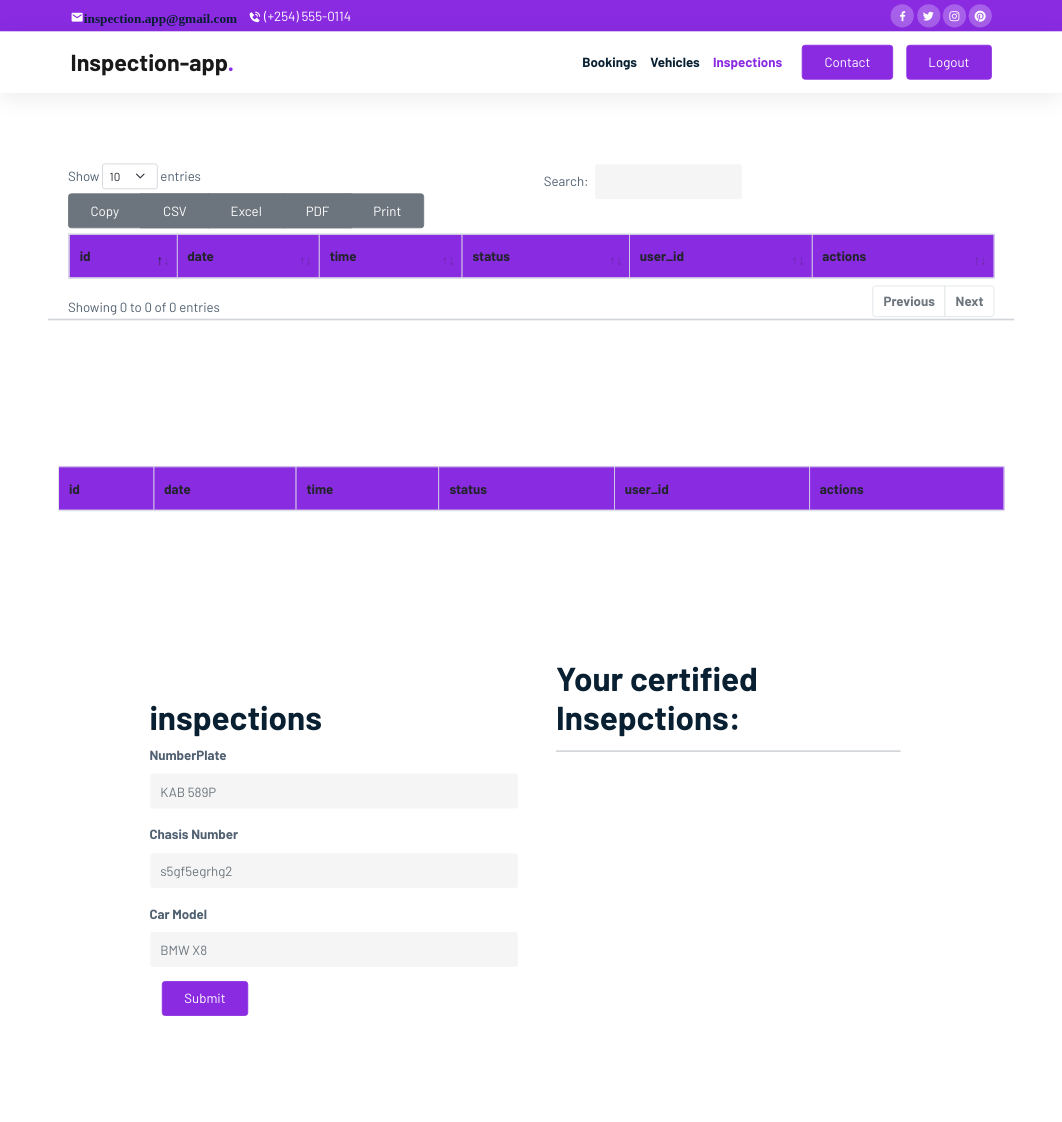
Repository: Jaynie8085/INSPECTION-APP
Page: client/admnDashboard.html
An editor plug-in stored every save of this project. The page is shown before and after the next save, followed by the edit.
The browser window is 1280 px wide. The pictures show the whole page, at 83% of full size.
The page's requests for data from a server got no answer.

Above is the page before, as saved 2022-10-17 06:20:59.
Console error: ReferenceError: fetchBookings is not defined

### client/admnDashboard.html
<!DOCTYPE html>
<html lang="en">

<head>
    <meta charset="UTF-8">
    <meta http-equiv="X-UA-Compatible" content="IE=edge">
    <meta name="viewport" content="width=device-width, initial-scale=1.0">
    <script src="/js/axios/dist/axios.min.js"></script>
    <script src="main.js"></script>
    <!-- Bootstrap CSS -->
    <link rel="stylesheet" href="css/bootstrap.min.css">
    <link rel="stylesheet" href="css/owl.carousel.min.css">
    <link rel="stylesheet" href="css/owl.theme.default.min.css">
    <link href='https://unpkg.com/boxicons@2.1.1/css/boxicons.min.css' rel='stylesheet'>
    <link rel="stylesheet" href="https://stackpath.bootstrapcdn.com/bootstrap/4.1.3/css/bootstrap.min.css"
        integrity="sha384-MCw98/SFnGE8fJT3GXwEOngsV7Zt27NXFoaoApmYm81iuXoPkFOJwJ8ERdknLPMO" crossorigin="anonymous">
    <link rel="stylesheet" href="css/style.css">
    <link rel="stylesheet" href="assets/css/datatables.min.css">
    <!-- <link rel="stylesheet" href="assets/css/style.css"> -->
    <title>userDashboard</title>
</head>

<body>

    <body data-bs-spy="scroll" data-bs-target=".navbar" data-bs-offset="70">


        <!-- TOP NAV -->
        <div class="top-nav" id="home">
            <div class="container">
                <div class="row justify-content-between">
                    <div class="col-auto">
                        <p> <i class='bx bxs-envelope'><a href="admnDashboard.html">inspection.app@gmail.com</p></a></i>
                        <p> <i class='bx bxs-phone-call'></i> (+254) 555-0114</p>
                    </div>
                    <div class="col-auto social-icons">
                        <a href="#"><i class='bx bxl-facebook'></i></a>
                        <a href="#"><i class='bx bxl-twitter'></i></a>
                        <a href="#"><i class='bx bxl-instagram'></i></a>
                        <a href="#"><i class='bx bxl-pinterest'></i></a>
                    </div>
                </div>
            </div>
        </div>

        <!-- BOTTOM NAV -->
        <nav class="navbar navbar-expand-lg navbar-light bg-white sticky-top">
            <div class="container">
                <a class="navbar-brand" href="admnDashboard.html">Inspection-app<span class="dot">.</span></a>
                <button class="navbar-toggler" type="button" data-bs-toggle="collapse" data-bs-target="#navbarNav"
                    aria-controls="navbarNav" aria-expanded="false" aria-label="Toggle navigation">
                    <span class="navbar-toggler-icon"></span>
                </button>
                <div class="collapse navbar-collapse" id="navbarNav">
                    <ul class="navbar-nav ms-auto">
                        <li class="nav-item">
                            <a class="nav-link" href="#home">Bookings</a>
                        </li>
                        <li class="nav-item">
                            <a class="nav-link" href="#vehicles">Vehicles</a>
                        </li>
                        <li class="nav-item">
                            <a class="nav-link" href="#inspections">Inspections</a>
                        </li>
                        </li>
                    </ul>
                    <a href="#" data-bs-toggle="modal" data-bs-target="#exampleModal"
                        class="btn btn-brand ms-lg-3">Contact</a>
                    <!-- Logout -->
                    <a href="index.html" class="btn btn-brand ms-lg-3">Logout</a>
                </div>

            </div>
        </nav>
        <!-- Bookings -->
        <section id="profile">
            <div class="container">
                <div class="row justify-content-center">
                    <table id="example" class="table table-striped table-bordered">
                        <thead class="" style="background-color:rgb(137,43,225)">
                            <tr>
                                <th>id</th>
                                <th>date</th>
                                <th>time</th>
                                <th>status</th>
                                <th>user_id</th>
                                <th>actions</th>
                            </tr>
                        </thead>
                        <tbody editable="true" id="mwili">
                            <!-- Add tbody here | DOM Manupilation -->
                        </tbody>
                    </table>
                    <!-- <div id="data-table" class="col-lg-5">
                        <ul id="bookings-list">
                        </ul>
                    </div> -->
                    <hr>
                </div>
            </div>
        </section>

        <!-- vehicles -->
        <section id="vehicles">
            <div class="container">
                <div class="row justify-content-center">
                    <table id="example" class="table table-striped table-bordered">
                        <thead class="" style="background-color:rgb(137,43,225)">
                            <tr>
                                <th>id</th>
                                <th>date</th>
                                <th>time</th>
                                <th>status</th>
                                <th>user_id</th>
                                <th>actions</th>
                            </tr>
                        </thead>
                        <tbody editable="true" id="mwili">
                            <!-- Add tbody here | DOM Manupilation -->
                        </tbody>
                    </table>
                </div>
            </div>
            </div>
        </section>

        <!-- inspections -->
        <section id="inspections">
            <div class="container">
                <div class="row justify-content-center">
                    <div id="customer-frm" class="col-lg-5 py-5">
                        <form>
                            <h1>inspections</h1>
                            <!-- <p>Add a vehicle to your list</p> -->
                            <div class="form-group">
                                <label for="numberplate" class="form-label">NumberPlate</label>
                                <input type="text" class="form-control" placeholder="KAB 589P" id="numberplate"
                                    aria-describedby="emailHelp">
                            </div>
                            <div class="form-group">
                                <label for="chasisnumber" class="form-label">Chasis Number </label>
                                <input type="text" class="form-control" placeholder="s5gf5egrhg2" id="chasisnumber"
                                    aria-describedby="emailHelp">
                            </div>
                            <div class="form-group">
                                <label for="model" class="form-label">Car Model</label>
                                <input type="model" class="form-control" placeholder="BMW X8" id="model"
                                    aria-describedby="emailHelp">
                            </div>
                            <!-- <div class="col-12">
                        <label for="exampleInputEmail1" class="form-label">Enter General Description</label>
                        <textarea name="" placeholder="Type in your cars general description." class="form-contid=""  rows="4"></textarea>
                    </div> -->

                            <div class="col-12">
                                <button type="submit" class="btn btn-brand" onclick="vehicles();">Submit</button>
                            </div>
                        </form>
                    </div>
                    <div class="col-lg-5">
                        <div class="container center">
                            <h1>Your certified Insepctions:</h1>
                            <div>
                                <ul id="quote-list">
                                </ul>
                            </div>
                            <hr>
                        </div>
                    </div>
                </div>
            </div>
            </div>
        </section>

        <!-- Modal -->
        <div class="modal fade" id="exampleModal" tabindex="-1" aria-labelledby="exampleModalLabel" aria-hidden="true">
            <div class="modal-dialog modal-dialog-centered modal-xl">
                <div class="modal-content">
                    <div class="modal-body p-0">
                        <div class="container-fluid">
                            <div class="row gy-4">
                                <div class="col-lg-4 col-sm-12 bg-cover"
                                    style="background-image: url(img/isco.jpg); min-height:300px;">
                                    <div>

                                    </div>
                                </div>
                                <div class="col-lg-8">
                                    <form class="p-lg-5 col-12 row g-3">
                                        <div>
                                            <h1>Get in touch</h1>
                                            <p>Feel free to contact us and we will get back to you as soon as possible
                                            </p>
                                        </div>
                                        <div class="col-lg-6">
                                            <label for="userName" class="form-label">First name</label>
                                            <input type="text" class="form-control" placeholder="John" id="userName"
                                                aria-describedby="emailHelp">
                                        </div>
                                        <div class="col-lg-6">
                                            <label for="userName" class="form-label">Last name</label>
                                            <input type="text" class="form-control" placeholder="kamau" id="userName"
                                                aria-describedby="emailHelp">
                                        </div>
                                        <div class="col-12">
                                            <label for="userName" class="form-label">Email address</label>
                                            <input type="email" class="form-control" placeholder="Johnkamaa@gmail.com"
                                                id="userName" aria-describedby="emailHelp">
                                        </div>
                                        <div class="col-12">
                                            <label for="exampleInputEmail1" class="form-label">Enter Message</label>
                                            <textarea name=""
                                                placeholder="Yes,how can we help you,Type your message here."
                                                class="form-control" id="" rows="4"></textarea>
                                        </div>

                                        <div class="col-12">
                                            <button type="submit" class="btn btn-brand">Send Message</button>
                                        </div>
                                    </form>
                                </div>
                            </div>
                        </div>
                    </div>

                </div>
            </div>
        </div>


        <div class="modal fade" id="exampleModal" tabindex="-1" aria-labelledby="exampleModalLabel" aria-hidden="true">
            <div class="modal-dialog modal-dialog-centered modal-xl">
                <div class="modal-content">
                    <div class="modal-body p-0">
                        <div class="container-fluid">
                            <div class="row gy-4">
                                <div class="col-lg-4 col-sm-12 bg-cover"
                                    style="background-image: url(img/c2.jpg); min-height:300px;">
                                    <div>

                                    </div>
                                </div>
                                <div class="col-lg-8">
                                    <form class="p-lg-5 col-12 row g-3">
                                        <div>
                                            <h1>Get in touch with us</h1>
                                            <p>Feel free to contact us and we will get back to you as soon as possible
                                            </p>
                                        </div>
                                        <div class="col-lg-6">
                                            <label for="userName" class="form-label">First name</label>
                                            <input type="text" class="form-control" placeholder="John" id="userName"
                                                aria-describedby="emailHelp">
                                        </div>
                                        <div class="col-lg-6">
                                            <label for="userName" class="form-label">Last name</label>
                                            <input type="text" class="form-control" placeholder="kamau" id="userName"
                                                aria-describedby="emailHelp">
                                        </div>
                                        <div class="col-12">
                                            <label for="userName" class="form-label">Email address</label>
                                            <input type="email" class="form-control" placeholder="Johnkamaa@gmail.com"
                                                id="userName" aria-describedby="emailHelp">
                                        </div>
                                        <div class="col-12">
                                            <label for="exampleInputEmail1" class="form-label">Enter Message</label>
                                            <textarea name=""
                                                placeholder="Yes,how can we help you,Type your message here,,,"
                                                class="form-control" id="" rows="4"></textarea>
                                        </div>

                                        <div class="col-12">
                                            <button type="submit" class="btn btn-brand">Send Message</button>
                                        </div>
                                    </form>
                                </div>
                            </div>
                        </div>
                    </div>

                </div>
            </div>
        </div>

    <script src="assets/js/bootstrap.bundle.min.js"></script>
    <script src="assets/js/jquery-3.6.0.min.js"></script>
    <script src="assets/js/datatables.min.js"></script>
    <script src="assets/js/pdfmake.min.js"></script>
    <script src="assets/js/vfs_fonts.js"></script>
    <script src="assets/js/custom.js"></script>
        <script src="js/owl.carousel.min.js"></script>


        <script src="js/app.js"></script>
        <script src="index.js"></script>


    </body>

</html>

Loaded but not shown: client/js/axios/dist/axios.min.js (library); client/css/bootstrap.min.css (library); client/css/owl.carousel.min.css (library); client/css/owl.theme.default.min.css (common file); client/assets/css/datatables.min.css (library); client/assets/js/bootstrap.bundle.min.js (library); client/assets/js/jquery-3.6.0.min.js (library); client/assets/js/datatables.min.js (library); client/assets/js/pdfmake.min.js (library); client/assets/js/vfs_fonts.js (library); client/js/owl.carousel.min.js (library); client/index.js (193 lines, source omitted); client/main.js (172 lines, source omitted); client/assets/js/custom.js (57 lines, source omitted); client/js/app.js (34 lines, source omitted); client/css/style.css (545 lines, source omitted)

After the next save:
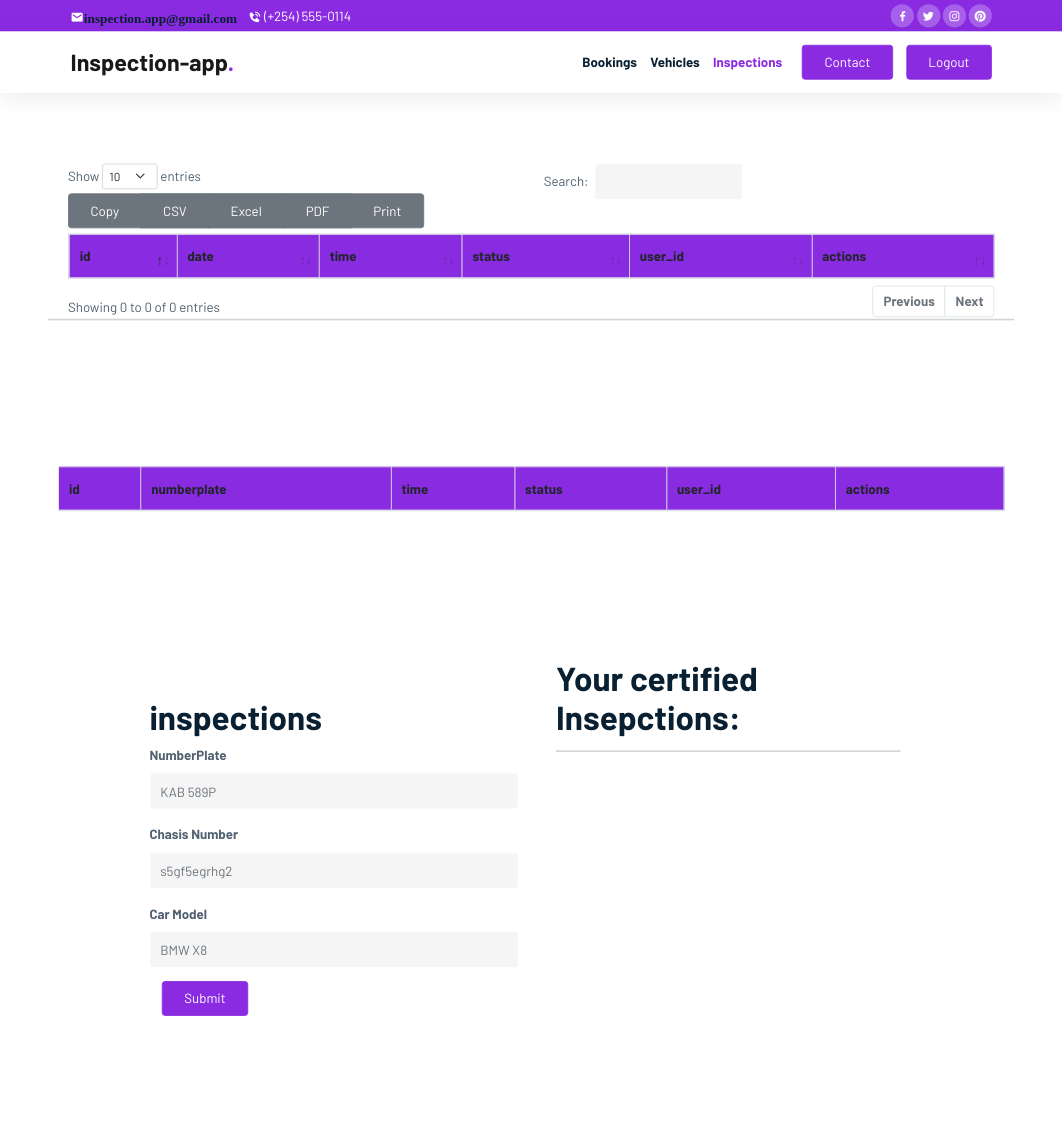
Saved 30 s later.
--- a/client/admnDashboard.html
+++ b/client/admnDashboard.html
@@ -108,7 +108,7 @@
                         <thead class="" style="background-color:rgb(137,43,225)">
                             <tr>
                                 <th>id</th>
-                                <th>date</th>
+                                <th>numberplate</th>
                                 <th>time</th>
                                 <th>status</th>
                                 <th>user_id</th>
